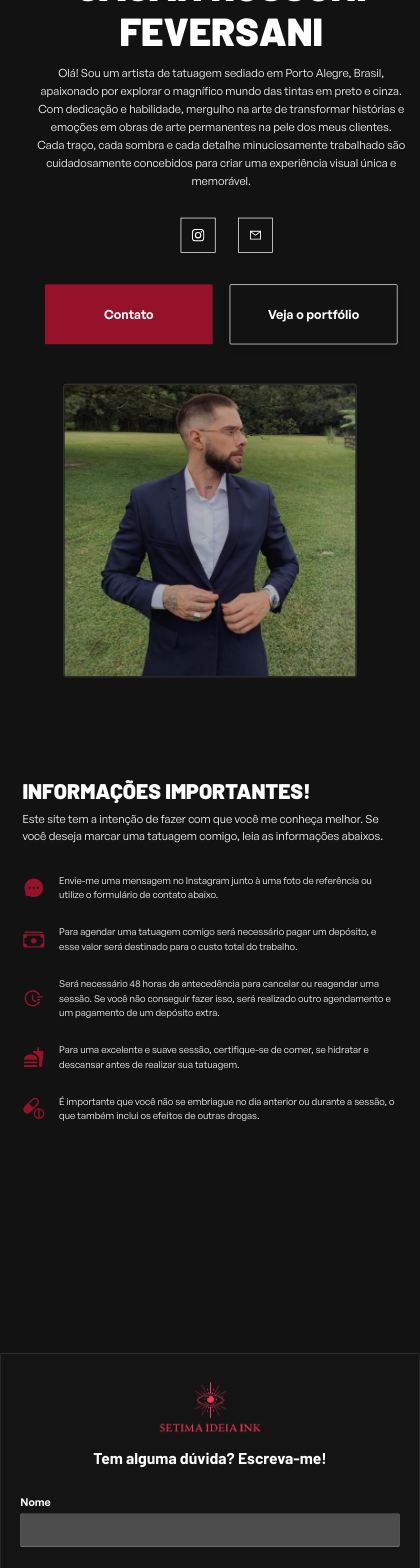
Repository: Leoka2000/S-tima-Ideia
Page: /
An editor plug-in stored every save of this project. The page is shown before and after the next save, followed by the edit.
The browser window is 600 px wide. The pictures show the part of the page from y = 4260 to 6500 px (the page is 8107 px tall before and 7947 px after), at 70% of full size.
Backgrounds fixed to the window are drawn as part of the page. The project was rebuilt for these pictures with package versions that can differ from the ones it lists, and the page was loaded fresh each time. Some packages were replaced by stand-ins written for this rebuild. Also part of the build but not shown: src/pages/main/instagram/instagram.css, src/pages/main/instagram/instagram.jsx, src/App.css, src/pages/portfolio/portfolio.css, src/data/database-common.js, src/pages/portfolio/loop-content.jsx, src/pages/portfolio/portfolio.jsx, src/pages/portfolio/index.jsx and 2 more. Imported but missing from the stored project, and not drawn on this page: src/assets/videos/cauan-video.mp4.

Above is the page before, as saved 2023-07-10 20:54:40.

### public/index.html
<!DOCTYPE html>
<html lang="en">
  <head>
    <meta charset="utf-8" />
    <link rel="icon" href="%PUBLIC_URL%/logo.png" />
    <meta name="viewport" content="width=device-width, initial-scale=1" />
    <meta name="theme-color" content="#000000" />
    <meta
      name="description"
      content=""
    />
    <link rel="apple-touch-icon" href="%PUBLIC_URL%/logo192.png" />
    <!--
      manifest.json provides metadata used when your web app is installed on a
      user's mobile device or desktop. See https://developers.google.com/web/fundamentals/web-app-manifest/
    -->
    <link rel="manifest" href="%PUBLIC_URL%/manifest.json" />
    <!--
      Notice the use of %PUBLIC_URL% in the tags above.
      It will be replaced with the URL of the `public` folder during the build.
      Only files inside the `public` folder can be referenced from the HTML.

      Unlike "/favicon.ico" or "favicon.ico", "%PUBLIC_URL%/favicon.ico" will
      work correctly both with client-side routing and a non-root public URL.
      Learn how to configure a non-root public URL by running `npm run build`.
    -->
    <title>Setima Ideia</title>
  </head>
  <body>
    <noscript>You need to enable JavaScript to run this app.</noscript>
    <div id="root"></div>
    <!--
      This HTML file is a template.
      If you open it directly in the browser, you will see an empty page.

      You can add webfonts, meta tags, or analytics to this file.
      The build step will place the bundled scripts into the <body> tag.

      To begin the development, run `npm start` or `yarn start`.
      To create a production bundle, use `npm run build` or `yarn build`.
    -->
  </body>
</html>

### src/pages/main/index/index.jsx
import React from 'react'
import Hero from '../hero/hero'
import About from '../about/about'
import Carousel from '../carousel/carousel'
import HorizontalParallax2 from '../carousel/carousel2'
import LookPortfolio from '../olhe-portfolio'
import Video from '../video/video'
import Instagram from '../instagram/instagram'
import Form from '../contact/form'
import Contact from '../contact'
import Sobre from '../../sobre/about/about'

const index = () => {
  return (
    <>
      <Hero/>
      <About/>
      <Carousel/>
      <HorizontalParallax2/>
      <LookPortfolio/>
      <Video/>
      <Sobre/>
      {/* <Instagram/> */}
      <Contact/>
    </>
  )
}

export default index

### src/pages/sobre/about/about.jsx
import React from 'react'
import "./about.css"
import { BsFacebook } from 'react-icons/bs'
import { BsInstagram } from 'react-icons/bs'
import { AiOutlineMail } from 'react-icons/ai'
import cauan from '../../../assets/images/cauan.jpg'
import {Link} from 'react-scroll'

const Sobre = () => {
  return (
    <section id='about' className='sobre-section'>
      <main>
        <div className='sobre-left'>
          <h2>Tatuador na equipe Família Bagé.</h2>
          <h1>Cauan Rossoni Feversani</h1>
          <p>Olá! Sou um artista de tatuagem sediado em Porto Alegre, Brasil, apaixonado por explorar o magnífico mundo das tintas em preto e cinza. Com dedicação e habilidade, mergulho na arte de transformar histórias e emoções em obras de arte permanentes na pele dos meus clientes. Cada traço, cada sombra e cada detalhe minuciosamente trabalhado são cuidadosamente concebidos para criar uma experiência visual única e memorável. </p>
          <div className='sobre-icons-wrapper'>
            <a target='_blank' href='https://www.instagram.com/setimaideia.ink'>
              <BsInstagram />
            </a>
            <a href='mailto:contato.cauanrf@gmail.com'>
              <AiOutlineMail />
            </a>
          </div>
          <div className='sobre-button-wrapper'>
          <Link style={{ textDecoration: 'none' }} spy={true} smooth={true} offset={100} duration={500} to='form' ><button className='solid'>Contato</button></Link>
            <a target='_blank' href='https://www.instagram.com/setimaideia.ink'><button className='transparent'>Veja o portfólio</button></a>
          </div>
        </div>
        <div className='sobre-right'>
          <img alt='cauan' src={cauan}/>
        </div>
      </main>
    </section>
  )
}

export default Sobre

### src/components/footer/footer.jsx
import { useEffect } from 'react'
import './footer.css'
import { BsFacebook } from 'react-icons/bs'
import { BsInstagram } from 'react-icons/bs'
import { AiOutlineMail } from 'react-icons/ai'
import machine from '../../assets/icons/tattoo-machine.png'
import bage from '../../assets/brand/bage.jpg'
import { useLocation } from 'react-router-dom'
import { Link } from 'react-scroll'

const Footer = () => {

    const location = useLocation();

    useEffect(() => {
        window.scrollTo(0, 0);
    }, [location.pathname]);


    return (
        <footer>
            <main>
                <div className='footer-left'>
                    <div className='footer-cauan'>
                        <img src={machine} />
                        <p>Cauan Rossoni</p>
                    </div>

                    <div className='footer-icons-wrapper'>
                        <a target='_blank' href='https://www.instagram.com/setimaideia.ink/'>< BsInstagram /></a>
                        <a target='_blank' href='mailto:contato.cauanrf@gmail.com'><AiOutlineMail /></a>
                    </div>
                </div>
                <div className='footer-middle'>
                    <h1>Páginas</h1>
                    <Link style={{ textDecoration: 'none' }} spy={true} smooth={true} offset={100} duration={500} to='inicio' >Início</Link>
                    <Link style={{ textDecoration: 'none' }} spy={true} smooth={true} offset={100} duration={500} to='portfolio' >Portfolio</Link>
                    <Link style={{ textDecoration: 'none' }} spy={true} smooth={true} offset={100} duration={500} to='about' >Sobre</Link>
                </div>
                <div className='footer-right'><a target='_blank' href='https://www.instagram.com/_familiabagetattoo_/'><img src={bage} /></a></div>
            </main>
            <div className='leo-tag'>
                <p>Desenvolvido por <a target='_blank' style={{textDecoration: 'none'}} href='https://www.linkedin.com/in/leoreus/'>Leo Reus Oliveira</a></p>
            </div>
        </footer>
    )
}

export default Footer

### src/pages/main/hero/hero.jsx
import React from 'react';
import { motion } from 'framer-motion';
import './hero.css';
import logo from '../../../assets/brand/logoCorrected.png';
import { Link } from 'react-scroll';

const Hero = () => {
  const text = "Olá, aqui é o Cauan, bem-vindo ao meu website!";

  const parentVariants = {
    animate: {
      transition: {
        staggerChildren: 0.05,
      },
    },
  };

  const childVariants = {
    initial: {
      y: 20,
      opacity: 0,
    },
    animate: {
      y: 0,
      opacity: 1,
    },
  };

  return (
    <section id='inicio' className="hero-section">
      <div className="hero-wrapper">
        <img src={logo} alt="logo" />
        <motion.h1 variants={parentVariants} initial="initial" animate="animate">
          {text.split("").map((letter, index) => (
            <motion.span key={index} variants={childVariants}>{letter}</motion.span>
          ))}
        </motion.h1>
        <h2>Clique no botão abaixo para saber mais.</h2>
        <div>
          <Link to='sobre' className="colored-hero" style={{textDecoration: 'none'}} spy={true} smooth={true} offset={100} duration={500}>Saiba mais</Link>
        </div>
      </div>
    </section>
  );
};

export default Hero;

### src/pages/main/carousel/carousel.jsx
import C1 from '../../../assets/carousel/c1.jpg'
import C2 from '../../../assets/carousel/c2.jpg'
import C3 from '../../../assets/carousel/c4.jpg'
import C4 from '../../../assets/carousel/c5.jpg'
import C5 from '../../../assets/carousel/c6.jpg'
import C6 from '../../../assets/carousel/c7.jpg'
import C7 from '../../../assets/carousel/c20.jpg'
import C8 from '../../../assets/carousel/c11.jpg'
import C9 from '../../../assets/carousel/c12.jpg'

import C11 from '../../../assets/carousel/c15.jpg'
import C12 from '../../../assets/carousel/c16.jpg'
import C13 from '../../../assets/carousel/c17.jpg'
import C15 from '../../../assets/carousel/c19.jpg'
import C16 from '../../../assets/carousel/c21.jpg'





import React, {useState, useEffect} from "react";
import './carousel.css'

const images = [
  C1,
  C5,
  C4,
  C3,
  C7,
  C2,
  C6,
  //  C10,
  C8,
  C9,

  C11,
  C12,
  // C14,
  C13,
  C15,
  C16,
  // C17,



];

const HorizontalParallax = () => {
  const [scrollY, setScrollY] = useState(0);

  useEffect(() => {
    const handleScroll = () => {
      setScrollY(window.scrollY);
    };

    window.addEventListener("scroll", handleScroll);

    return () => {
      window.removeEventListener("scroll", handleScroll);
    };
  }, []);

  const calculateX = (scrollY) => {
    const minScroll = 0;
    const maxScroll = 2000;
    const minX = 0;
    const maxX = -2000;

    return (scrollY - minScroll) * ((maxX - minX) / (maxScroll - minScroll)) + minX;
  };

  const x = calculateX(scrollY);

  return (
    <div className="horizontal-parallax">
      <div className="images-container" style={{ transform: `translateX(${x}px)` }}>
        {images.map((image, index) => (
          <div key={index} className="image">
            <img src={image} alt={`Image ${index}`} />
          </div>
        ))}
      </div>
    </div>
  );
};

export default HorizontalParallax;

### src/pages/main/carousel/carousel2.jsx
import React, { useState, useEffect } from "react";
import './carousel.css'
import C1 from '../../../assets/carousel/c1.jpg'
import C2 from '../../../assets/carousel/c2.jpg'
import C13 from '../../../assets/carousel/c4.jpg'
import C4 from '../../../assets/carousel/c5.jpg'
import C5 from '../../../assets/carousel/c6.jpg'
import C6 from '../../../assets/carousel/c7.jpg'
// import C7 from '../../../assets/carousel/c10.jpg'
import C8 from '../../../assets/carousel/c11.jpg'
import C9 from '../../../assets/carousel/c12.jpg'
// import C10 from '../../../assets/carousel/c13.jpg'
import C11 from '../../../assets/carousel/c15.jpg'
import C12 from '../../../assets/carousel/c16.jpg'
// import C13 from '../../../assets/carousel/c17.jpg'
import C15 from '../../../assets/carousel/c19.jpg'
import C16 from '../../../assets/carousel/c21.jpg'

const images = [
  C1,
  C5,
  C4,
  // C7,
  C2,
  C6,
  C13,
  C8,
  C9,
  // C10,
  C11,
  C12,
  // C13,
  C15,
  C16,
  // C17,
  // C18,
];

const HorizontalParallax2 = () => {
  const [scrollY, setScrollY] = useState(0);

  useEffect(() => {
    const handleScroll = () => {
      setScrollY(window.scrollY);
    };

    window.addEventListener("scroll", handleScroll);

    return () => {
      window.removeEventListener("scroll", handleScroll);
    };
  }, []);

  const calculateX = (scrollY) => {
    const minScroll = 0;
    const maxScroll = 3000;
    const minX = -2000;
    const maxX = 0;

    return (scrollY - minScroll) * ((maxX - minX) / (maxScroll - minScroll)) + minX;
  };

  const x = calculateX(scrollY);

  return (
    <div className="horizontal-parallax">
      <div className="images-container" style={{ transform: `translateX(${x}px)` }}>
        {images.map((image, index) => (
          <div key={index} className="image">
            <img src={image} alt={`Image ${index}`} />
          </div>
        ))}
      </div>
    </div>
  );
};

export default HorizontalParallax2;

### src/pages/main/olhe-portfolio/index.jsx
import React from 'react'
import './index.css'
import img from '../../../assets/images/Signature.jpg'
import silhouete from '../../../assets/icons/about-tattoo-machine.png'
import clown from '../../../assets/icons/rose.png'
import { useInView } from 'react-intersection-observer';
import { motion } from 'framer-motion'
import { Link } from 'react-router-dom'

const LookPortfolio = () => {

  const [ref1, inView1] = useInView({
    threshold: 0.3,
    triggerOnce: true,
    delay: 0.7
  });

  const [ref2, inView2] = useInView({
    threshold: 0.3,
    triggerOnce: true,
    delay: 0.9
  });

  return (
    <section id='portfolio' className='look-portfolio-section'>
      <img alt='silhouete' className='silhouete' src={silhouete} />
      <img alt='silhouete' className='clown' src={clown} />
      <motion.div
        ref={ref1}
        initial={{ opacity: 0 }}
        animate={inView1 ? { opacity: 1 } : { opacity: 0 }}
        transition={{ duration: 1 }}
        className='look-portfolio-left'>
        <img src={img} />
      </motion.div>
      <br/>
      <motion.div
        ref={ref2}
        initial={{ opacity: 0 }}
        animate={inView2 ? { opacity: 1 } : { opacity: 0 }}
        transition={{ duration: 1 }}
        className='look-portfolio-right'>
        <h1>Confira o meu portfólio!</h1>
        <p>Clique no link a baixo para acessar o meu portfólio no Instagram. Lá, você pode encontrar uma exposição dos meus trabalhos atualizados.</p>
        <a
         style={{textDecoration:'none'}} target='_blank' href='https://www.instagram.com/setimaideia.ink/'>Saiba mais</a>
      </motion.div>

    </section>
  )
}

export default LookPortfolio

### src/pages/main/video/video.jsx
import React, { useState } from 'react';
import './video.css';
import cauan from '../../../assets/videos/cauan-video.mp4'
import thumb from '../../../assets/images/Thumbnail.jpg'
import { FaPlay, FaTimes } from "react-icons/fa";

function Video() {
    const [showVideo, setShowVideo] = useState(false);

    function handlePlayClick() {
        setShowVideo(true);
        document.body.style.overflow = 'hidden';
    }

    function handleCloseClick() {
        setShowVideo(false);
        document.body.style.overflow = 'visible';
    }

    return (
        <section className="video-thumbnail">
            <div className='overlay-effect'>
                <div
                    className="thumbnail-image"

                >
                    <button
                        className="play-button"
                        onClick={handlePlayClick}
                    >
                        <FaPlay className="play-icon" />
                    </button>
                </div>
                {showVideo && (
                    <div className="video-overlay">
                        <button className="close-button" onClick={handleCloseClick}>
                            <FaTimes className="close-icon" />
                        </button>
                        <div className="video-wrapper">
                            <video src={cauan} controls autoPlay />
                        </div>
                    </div>
                )}
            </div>
        </section>
    );
}

export default Video

### src/pages/main/contact/index.jsx
import React from 'react'
import Form from './form'
import './form.css'
import { useInView } from 'react-intersection-observer';
import { motion } from 'framer-motion'
import { AiFillMessage } from 'react-icons/ai'
import { AiOutlineFieldTime } from 'react-icons/ai'
import { BsCashStack } from 'react-icons/bs'
import { MdFastfood} from 'react-icons/md'
import {BsCapsulePill} from 'react-icons/bs'

const Index = () => {

  const [ref1, inView1] = useInView({
    threshold: 0.7,
    triggerOnce: true,
    delay: 0.9
  });

  return (
    <section className='form-section-parent'>

      <motion.header
        ref={ref1}
        initial={{ opacity: 0 }}
        animate={inView1 ? { opacity: 1 } : { opacity: 0 }}
        transition={{ duration: 1 }}
        className='form-header'>
        <h1>INFORMAÇÕES IMPORTANTES!</h1>
        <p>Este site tem a intenção de fazer com que você me conheça melhor. Se você deseja marcar uma tatuagem comigo, leia as informações abaixos.</p>
        <div className='row-wrapper'>
          <div>
            <span><AiFillMessage /></span>
            <p>Envie-me uma mensagem no Instagram junto à uma foto de referência ou utilize o formulário de contato abaixo.</p>
          </div>
          <div>
            <span><BsCashStack /></span>
            <p>Para agendar uma tatuagem comigo será necessário pagar um depósito, e esse valor será destinado para o custo total do trabalho.</p>
          </div>
          <div>
            <span><AiOutlineFieldTime /></span>
            <p>Será necessário 48 horas de antecedência para cancelar ou reagendar uma sessão. Se você não conseguir fazer isso, será realizado outro agendamento e um pagamento de um depósito extra.</p>
          </div>
          <div>
            <span><MdFastfood /></span>
            <p>Para uma excelente e suave sessão, certifique-se de comer, se hidratar e descansar antes de realizar sua tatuagem.</p>
          </div>
          <div>
            <span><BsCapsulePill/></span>
            <p>É importante que você não se embriague no dia anterior ou durante a sessão, o que também inclui os efeitos de outras drogas.</p>
          </div>

        </div>

      </motion.header>
      <Form />
    </section >
  )
}

export default Index

### src/pages/main/carousel/carousel.css
.horizontal-parallax {
  position: relative;
  width: 100%;
  height: 400px;
  overflow-x: hidden;
}

.images-container {
  position: absolute;
  top: 0;
  left: 0;
  height: 100%;
  white-space: nowrap;
}

.image {
  display: inline-block;
  width: 400px;
  height: 350px;
  margin-right: 20px;
  overflow: hidden;
}

.image img {
  width: 100%;
  height: 100%;
  object-fit: cover;
  border-radius: 4px;
  box-shadow: 0 2px 4px rgba(0, 0, 0, 0.3);
}

@media screen and (max-width: 650px) {
  .image {
    display: inline-block;
    width: 210px;
    height: 245px;
    margin-right: 20px;
    overflow: hidden;
  }
  .horizontal-parallax {
    position: relative;
    width: 100%;
    height: 350px;
    overflow-x: hidden;
  }

}

### src/pages/main/contact/form.css
.form-section-parent {
    display: flex;
    flex-direction: column;
}
input:focus, textarea:focus {
    border-color: #f8133c;
}
.form-header {
    padding-top: 5rem;
    padding-bottom: 5rem;
    text-align: left;
    display: flex;
    flex-direction: column;
    justify-content: center;
    align-items: start;
    margin-left: 10rem;

}
.form-header > h1 {
    font-family: Barlow, sans-serif;
color: #fff;
font-size: 3rem;
line-height: 1.244em;
font-weight: 900;
text-transform: uppercase;
margin-bottom: 0.5rem;




}
.form-header > p {
width: 700px;
margin-bottom: 1.5rem;
font-size: 1.2rem;
line-height: 1.6rem;
font-weight: 500;
text-align: left;

}
.row-wrapper {
    display: flex;
    flex-direction: column;
    align-items: start;
    text-align: left;
    gap: 2rem;
    margin-top: 1rem;

}

.row-wrapper > div {
    display: flex;
    align-items: center;
    justify-content: center;
    gap: 1.3rem;
}
.row-wrapper > div > p {
    max-width: 39rem;
    font-size: 0.95rem;
    line-height: 1.5rem;
}
.row-wrapper > div > span{
    font-size: 2rem;
    border-radius: 100%;

    color: #96122a;

}

.form-section {
    position: relative;
    display: flex;
    flex-direction: column;
    color: rgb(218, 218, 218);
    align-items: start;
    padding: 35rem 0rem 27rem 0rem;
    margin-top: 5rem 0 5rem 0;
}
.cauan-img {
    position: absolute;
    background-image: linear-gradient(180deg, rgba(0, 0, 0, 0.6), rgba(0, 0, 0, 0.6)), url('../../../assets/images/contato.jpg');
width:100%;
height: 100%;
background-position: 0px 0px, 100% 50%;
background-size: auto, auto 100vh;
background-attachment: scroll, fixed;
top: 0;
right: 0;
}



form {
    position: absolute;
    left: 4rem;
    bottom:4rem;
display: flex;
flex-direction: column;
gap: 1rem;
border-radius: 5px;
align-items: center;
background-color: rgb(20, 20, 20);
border: 1px solid #393939;
width: 40rem;
padding: 2rem 2rem 2rem 2rem;

}

form > header {
    font-size: 2rem;
    margin-bottom: 1rem;
    display: flex;
    justify-content: space-between;
    width: 100%;
    align-items: center;
}
form > header > h1 {
    font-family: Barlow, sans-serif;
    line-height: 2.43rem;
    font-weight: 600;
}
form > header > img {
   width: 15rem;
}
.flex-div {
    display: flex;
    width: 100%;
    gap: 1rem;
}
label {
    margin-bottom: 0.1rem;
    font-weight: 500;
    font-size: 0.95rem;
}
.error-message {
    font-size: 0.8rem;
    color: red;
}
.form-row {
    display: flex;
    flex-direction: column;
    width: 100%;
    border: none;


}

.success {
    color: green;
    font-size: 1rem;
  }
.form-input {
background-color: rgba(212, 212, 212, 0.3);
border-radius: 2px;
padding: 0.5rem;
border: 1px solid rgba(212, 212, 212, 0.3) ;
outline: none;
font-weight: 300;
color: rgb(255, 255, 255);

margin-bottom: 0.5rem;

}
#checkbox-wrapper {
    align-items: start;
}

.input-error {
    background-color: rgba(212, 212, 212, 0.3);

border: red 1px solid;
border-radius: 3px;
padding: 0.5rem;
color: rgb(255, 255, 255);


}
textarea {
    background-color: rgba(212, 212, 212, 0.3);
    outline: none;
    border: none;
    height: 6rem;
    padding: 0.5rem;
    border-radius: 2px;
    margin-bottom: 0.5rem;
}
.form-button {
    padding: 1rem;
    cursor: pointer;
    justify-content: center;
    border: 1px solid transparent;
    border-radius: 2px;
    background-color: #96122a;
    transition: box-shadow 300ms ease, transform 300ms ease;
    font-family: 'General Sans', sans-serif;
    color: #fff;
    line-height: 1.111em;
    font-weight: 700;
    text-align: center;
    text-decoration: none;
    text-transform: none;
    transform-style: preserve-3d;
    width: 100%;

}

.form-button:hover {
    box-shadow: 0 10px 20px 0 rgba(248, 19, 60, 0.2);
    transform: translate3d(0px, -3px, 0.01px);
    color: #fff;
}


.swal2-styled {
    background-color: #bc9864;

}
@media (max-width: 950px) {
    .form-header {
        padding: 2rem 1rem 5rem 1rem;
        text-align: center;
        display: flex;
        flex-direction: column;
        justify-content: center;
        align-items: left;
        margin-left: 0rem;

}
.form-header > p {
    width: 600px;
}
}
@media (max-width: 868px) {
    form > header {
        flex-direction: column-reverse;
        gap: 1rem;
        text-align: center;

    }
    .form-header > h1 {
        margin-bottom: 0.5rem;
         font-size: 1.9rem;
         text-align: left;
         color: #fff;

         line-height: 1.196em;
         font-weight: 900;
         text-transform: uppercase;
     }
     .row-wrapper > div > p {
       width: 90%;
        font-size: 0.85rem;
        line-height: 1.3rem;
    }
    .row-wrapper > div > span {
        font-size: 1.9rem;
    }

    .form-header > p {
   font-size: 1rem;
   font-weight: 400;

    }
    .form-section {
        height: 80rem;
    }
    form {
        display: flex;
        flex-direction: column;
        gap: 1rem;
        left: 1.5rem;
    bottom:1.5rem;
        align-items: center;
        width: 35rem;
        border-radius: 2px;

        }
        form > header > h1 {
            font-family: Barlow, sans-serif;
            line-height: 1.85rem;
            font-weight: 700;

            font-size: 1.4rem;

        }
    .flex-div {
        flex-direction: column;
    }
    .cauan-img {
        position: absolute;
        background-image: linear-gradient(180deg, rgba(0, 0, 0, 0.6), rgba(0, 0, 0, 0.6)), url('../../../assets/images/contato.jpg');
    width:100%;
    height: 80rem;
    background-position: 0px 0px, 100% 50%;
    background-size: auto, auto 100vh;
    background-attachment: scroll, fixed;
    top: 0;
    right: 0;
    }
}
@media (max-width: 650px) {
    .form-section {
        display: flex;
        flex-direction: column;
        color: white;

        padding: 2rem 0rem 0rem 0rem;
      align-items: center;
    }
    .form-header {
        margin-right: 1rem;
        margin-left: 1rem;
        padding-top: 5rem;
        padding-bottom: 10rem;

    }
    .form-header > p {
        width: 100%;
    }
    form {
        width: 100%;
        bottom: 7rem;
        left: 0;
        padding-right: 1.75rem;
        padding-left: 1.75rem;
        margin-bottom: 15rem;
    }
    .form-section {
        height: 90rem;
    }
    .cauan-img {
        height: 90rem;
        display: none;
    }
    form > header > img {
        width: 10rem;
     }
    }

Loaded but not shown: src/index.js (36 lines, source omitted); src/routes.js (29 lines, source omitted); src/components/navbar/navbar.css (298 lines, source omitted); src/pages/sobre/about/about.css (273 lines, source omitted); src/pages/main/about/about.css (266 lines, source omitted); src/pages/main/contact/form.jsx (95 lines, source omitted); src/pages/main/hero/hero.css (175 lines, source omitted); src/index.css (107 lines, source omitted); src/pages/main/olhe-portfolio/index.css (156 lines, source omitted); src/components/footer/footer.css (152 lines, source omitted); src/components/navbar/navbar.jsx (78 lines, source omitted); src/pages/main/video/video.css (140 lines, source omitted); src/pages/main/about/about.jsx (57 lines, source omitted)

After the next save:
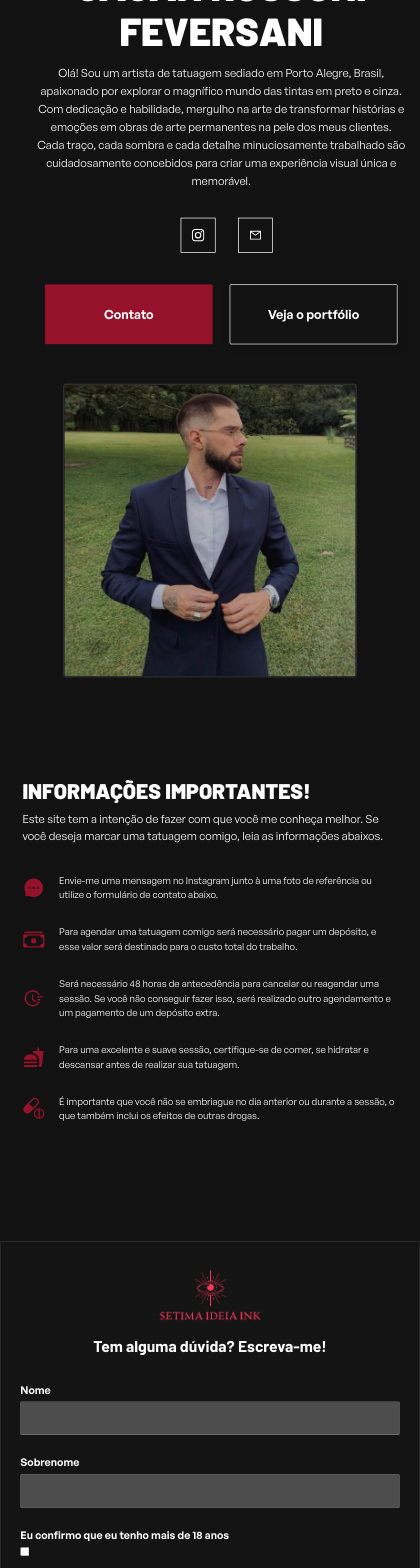
Saved 48 s later.
--- a/src/pages/main/contact/form.css
+++ b/src/pages/main/contact/form.css
@@ -325,9 +325,7 @@ textarea {
         padding-left: 1.75rem;
         margin-bottom: 15rem;
     }
-    .form-section {
-        height: 90rem;
-    }
+
     .cauan-img {
         height: 90rem;
         display: none;
